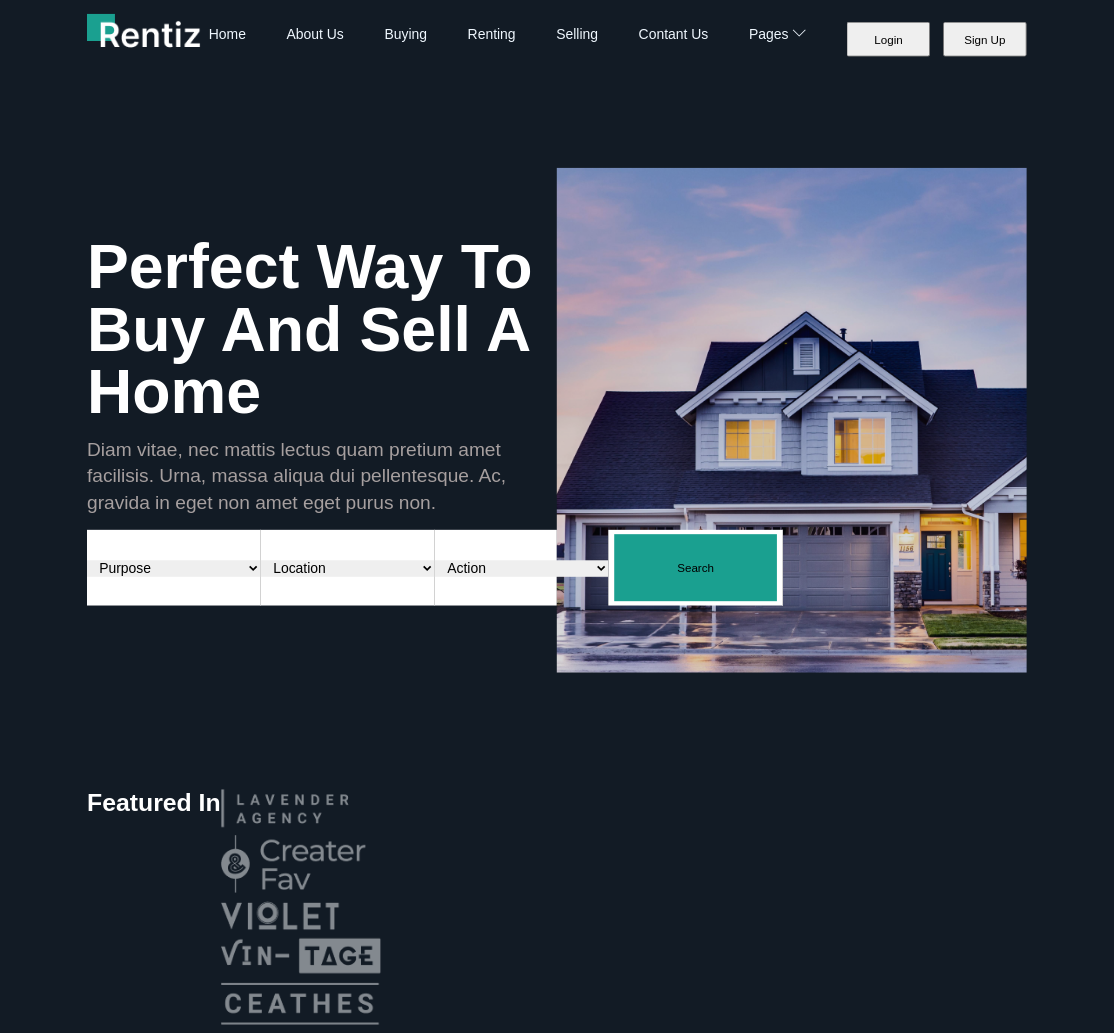
Repository: tung1233hhhhhhhhhhhhh/WebClone-Home
Page: index.html
An editor plug-in stored every save of this project. The page is shown before and after the next save, followed by the edit.
The browser window is 1280 px wide. The pictures show the whole page, at 87% of full size.

Above is the page before, as saved 2023-05-23 15:56:00.

### index.html
<!DOCTYPE html>
<html lang="en">

<head>
    <meta charset="UTF-8">
    <meta http-equiv="X-UA-Compatible" content="IE=edge">
    <meta name="viewport" content="width=device-width, initial-scale=1.0">
    <title>Document</title>
    <link rel="stylesheet" href="./assets/css/main.css">
    <link rel="stylesheet" href="./assets/css/root.css">
    <link rel="stylesheet" href="./assets/fonts/themify-icons/themify-icons.css">
</head>

<body>
    <div id="hearder">
        <div class="nav">
            <div class="nav-brand">
                <img src="./assets/img/logo.png" alt="">
            </div>
            <ul class="nav-list">
                <li><a href="">Home</a></li>
                <li><a href="">About Us</a></li>
                <li><a href="">Buying</a></li>
                <li><a href="">Renting</a> </li>
                <li><a href="">Selling</a> </li>
                <li><a href="">Contant Us</a> </li>
                <li><a href="">Pages
                        <i class="ti-angle-down"></i>
                    </a> </li>
                <li><button class="nav-btn-login">Login</button></li>
                <li><button class="nav-btn-signup">Sign Up</button></li>
            </ul>
        </div>
    </div>

    <!--billboard  -->

    <div id="billboard">
        <div class="container">
            <div class="main">
                <div class="billboard-text">
                    <h1>Perfect Way To Buy And Sell A Home</h1>
                    <p>Diam vitae, nec mattis lectus quam pretium amet facilisis. Urna, massa aliqua dui pellentesque.
                        Ac, gravida in eget non amet eget purus non.</p>
                    <div class="navbar-billboard">
                        <div class="container-billboard">

                            <div class="billboard-select">
                                <select name="" id="" class="form-select">
                                    <option value="">Purpose</option>
                                    <option value="">Buy</option>
                                    <option value="">Action</option>
                                    <option value="">Something else here</option>
                                </select>
                            </div>
                            <div class="billboard-select">
                                <select name="" id="" class="form-select">
                                    <option value="">Location</option>
                                    <option value="">Action</option>
                                    <option value="">Another action</option>
                                    <option value="">Something else here</option>
                                </select>
                            </div>
                            <div class="billboard-select">
                                <select name="" id="" class="form-select">
                                    <option value="">Action</option>
                                    <option value="">Another action</option>
                                    <option value="">Something else here</option>
                                    <option value="">Type</option>
                                </select>
                            </div>
                            <div class="billboard-btn">
                                <button class="btn-select">Search</button>
                            </div>
                        </div>
                    </div>
                </div>

                <div class="billboard-img"></div>

            </div>
        </div>
    </div>

    <!-- feature -->

    <div id="feature">
        <div class="container">
            <div class="feature-row">
                <h2>Featured In</h2>
            </div>
            <div class="feature-row">
                <div class="feature-logo">
                    <img src="./assets/img/logo1.png" alt="">
                </div>
                <div class="feature-logo">
                    <img src="./assets/img/logo2.png" alt="">
                </div>
                <div class="feature-logo">
                    <img src="./assets/img/logo3.png" alt="">
                </div>
                <div class="feature-logo">
                    <img src="./assets/img/logo4.png" alt="">
                </div>
                <div class="feature-logo">
                    <img src="./assets/img/logo6.png" alt="">
                </div>
            </div>
        </div>
    </div>
</body>

</html>

### assets/css/main.css
* {
    margin: 0;
    padding: 0;
    box-sizing: border-box;
}

body {
    font-family: 'Work Sans', sans-serif;
    font-weight: 400;
    font-size: 19px;
    line-height: 1.6em;
    color: var(--body-text-color);
    background-color: var(--dark-color);
}


#hearder {
    width: 100%;
    height: 73px;
    padding: 8px 0;
}

#hearder .nav {
    max-width: 1536px;
    height: 73px;
    margin: 0 100px;
    display: flex;
    justify-content: space-between;
    align-items: center;
    z-index: 10;
}

#hearder .nav-brand {
    display: inline;
}

#hearder .nav-list {
    display: flex;
    flex-direction: row;
    width: 965px;
    justify-content: space-between;
}

#hearder .nav-list li {
    display: flex;
    flex-direction: row;
    list-style: none;
    padding: 8px;
    margin-right: 24px;
}

#hearder li a {
    text-decoration: none;
    font-size: 16px;
    color: aliceblue;
}

#hearder .nav-list button {
    width: 96px;
    height: 40px;
    padding: 12px 6px;
    margin-right: -32px;
}

/* billboard */

#billboard {
    width: 100%;
    height: 586px;
    margin-top: 120px;
    margin-bottom: 80px;
}

#billboard .container {
    height: 100%;
    margin: 0 100px;
}

#billboard .main {
    display: flex;
    flex-direction: row;
    justify-content: space-between;
    align-items: center;
}

#billboard .main .billboard-text {
    width: 50%;
}

#billboard .billboard-text h1 {
    text-transform: capitalize !important;
    line-height: 1;
    margin-bottom: 1rem;
    font-size: 72px;
}

#billboard .billboard-text p {
    font-size: 22px;
    font-weight: 300;
    font-family: 'Work Sans', sans-serif;
    color: var(--light-text-color);
    margin-bottom: 1rem;
}

#billboard .navbar-billboard {
    /* min-width: 782px; */
    display: flex;
    justify-content: space-between;
    padding: 0;
    background: #fff;
}

#billboard .navbar-billboard .container-billboard {
    display: flex;
    flex-wrap: inherit;
    align-items: center;
    justify-content: space-between;
    width: 860px;
    height: 87px;
    z-index: 1;
}

.navbar-billboard .form-select {
    border: none;
    width: 100%;
    padding: 0 10px;
    font-size: 1rem;
    font-weight: 400;
}

.navbar-billboard .billboard-select,
.billboard-btn {
    height: 100%;
    border-right: 1px solid #ccc;
    line-height: 87px;
    width: 200px;
}

.navbar-billboard .billboard-btn {
    height: 100%;
    background-color: #fff;
}

.navbar-billboard .billboard-btn .btn-select {
    border: none;
    width: 94%;
    height: 89%;
    background-color: var(--accent-color);
    margin-left: 6px;
    transform: translateY(-2px);
}

#billboard .main .billboard-img {
    background: url("/assets/img/pexels-binyamin-mellish-106399\ 2.png") center / cover no-repeat;

    width: 636px;
    height: 580px;
}

/* feature */

#feature {
    height: 267px;

}

#feature .container {
    padding-top: 3rem !important;
    padding-bottom: 3rem !important;
    display: flex;
    flex-direction: row;
    margin-left: 100px;
    margin-right: 100px;
    height: 100%;
}

### assets/css/root.css
:root {
    --accent-color: #1AA090;
    --dark-color: #121B25;
    --grey-color: #83898F;
    --body-text-color: #FFFFFF;
    --light-text-color: #a69f9f;
    --link-color: #092035;
}

Loaded but not shown: assets/fonts/themify-icons/themify-icons.css (common file)

After the next save:
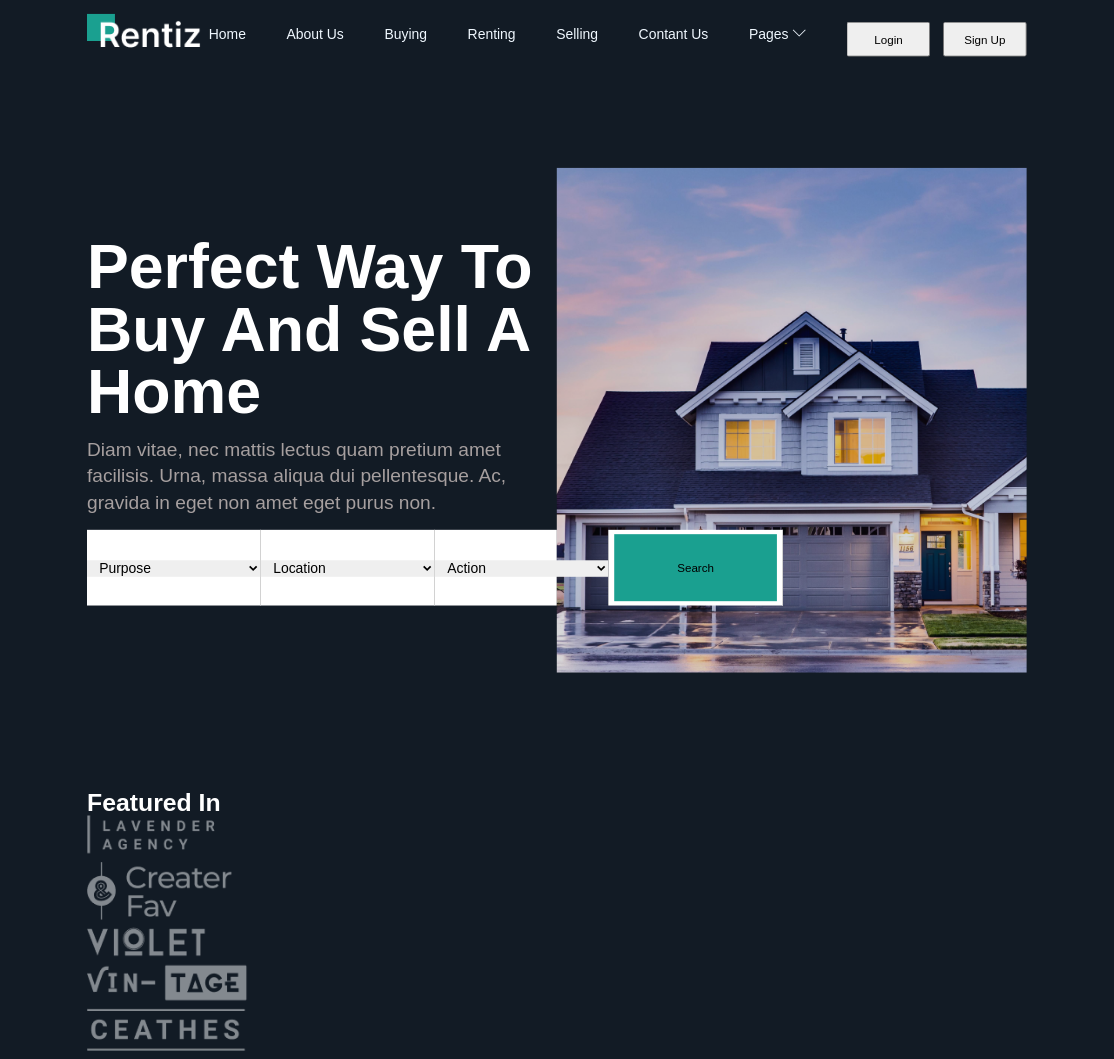
Saved 30 s later.
--- a/assets/css/main.css
+++ b/assets/css/main.css
@@ -168,7 +168,7 @@ body {
     padding-top: 3rem !important;
     padding-bottom: 3rem !important;
     display: flex;
-    flex-direction: row;
+    flex-direction: column;
     margin-left: 100px;
     margin-right: 100px;
     height: 100%;
